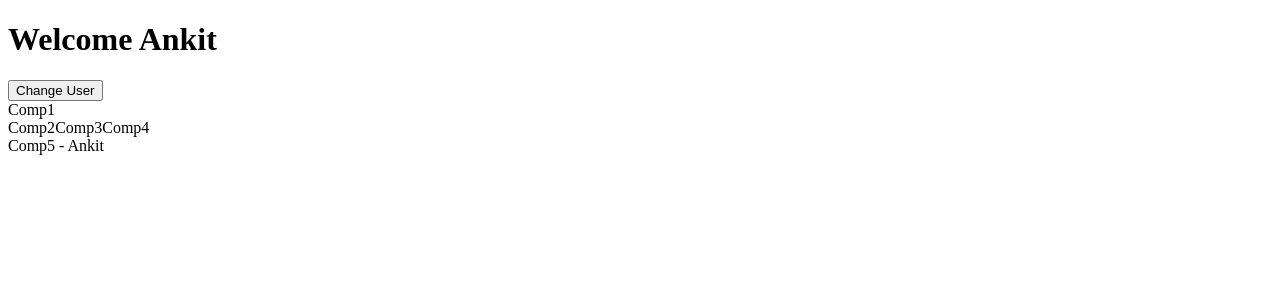
Repository: ankitgujre01/myAppContext2
Page: /
These files come from the project's save history. The page is drawn as it stood at one moment and after a run of saves; the edit follows.
The browser window is 1280 px wide. The pictures show the whole page.
The project was rebuilt for these pictures with package versions that can differ from the ones it lists, and the page was loaded fresh each time. Also part of the build but not shown: vite.config.js.

Above is the page before, as saved 2025-04-16 17:45:54.

### src/App.jsx
import React from 'react'
import { useState, createContext } from 'react';
import Comp1 from './Comp1';
import Cybrom from './Cybrom';


const myContext = createContext();

const App = () => {

  const [name, setName] = useState("Raman");

  const [user, setUser] = useState("Ankit");

  return (
    <>
      <h1>Welcome {user}</h1>
      <button onClick={() => setUser("Ankit Kumar")}>Change User</button>
      <myContext.Provider value={{ user, setUser }}>
        <Comp1/>
        </myContext.Provider>
    </>
  )
}

export default App;
export { myContext };

### src/Comp1.jsx
import React from 'react'
import Comp2 from './Comp2';
const Comp1 = ({user}) => {
    return (
      <>
      <div>Comp1</div>
            <Comp2 user={user} />
            </>
  )
}

export default Comp1;

### src/Comp2.jsx
import React from 'react'
import Comp3 from './Comp3';


const Comp2 = ({user}) => {
  return (
      <div>Comp2
          <Comp3 user={user}/>
    </div>
  )
}

export default Comp2;

### src/Comp3.jsx
import React from 'react'
import Comp4 from './Comp4';

const Comp3 = ({user}) => {
  return (
      <>
          Comp3
          <Comp4 user={user}/>
      </>
  )
}

export default Comp3;

### src/Comp4.jsx
import React from 'react'
import Comp5 from './Comp5';


const Comp4 = ({user}) => {
  return (
      <>
          Comp4
          <Comp5 user={user}/>
      </>
  )
}

export default Comp4;

### src/Comp5.jsx
import React, { useContext } from 'react';
import { myContext } from './App';

const Comp5 = () => {
  const { user } = useContext(myContext);

  return (
    <>
      <div>Comp5 - {user}</div>
    </>
  );
};

export default Comp5;

### src/Cybrom.jsx
import React from 'react'

const Cybrom = () => {
  return (
    <div>Cybrom</div>
  )
}

export default Cybrom;

Loaded but not shown: index.html (common file); src/main.jsx (common file)

After the next 7 saves:
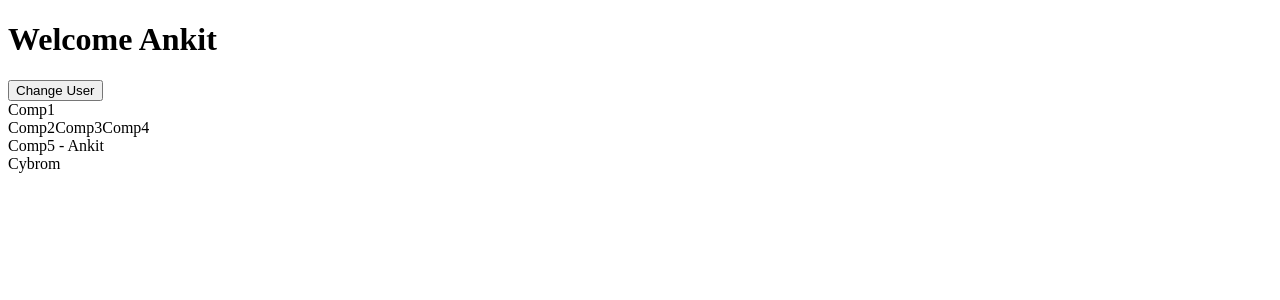
The 7 saves are shown as one change because they came seconds apart.
The last was saved 115 s later.
--- a/src/App.jsx
+++ b/src/App.jsx
@@ -17,8 +17,12 @@ const App = () => {
       <h1>Welcome {user}</h1>
       <button onClick={() => setUser("Ankit Kumar")}>Change User</button>
       <myContext.Provider value={{ user, setUser }}>
-        <Comp1/>
-        </myContext.Provider>
+        <Comp1 />
+
+      </myContext.Provider>
+      <myContext.Provider value={{ name, setName }}>
+        <Cybrom />
+      </myContext.Provider>
     </>
   )
 }

After the 4 saves that followed:
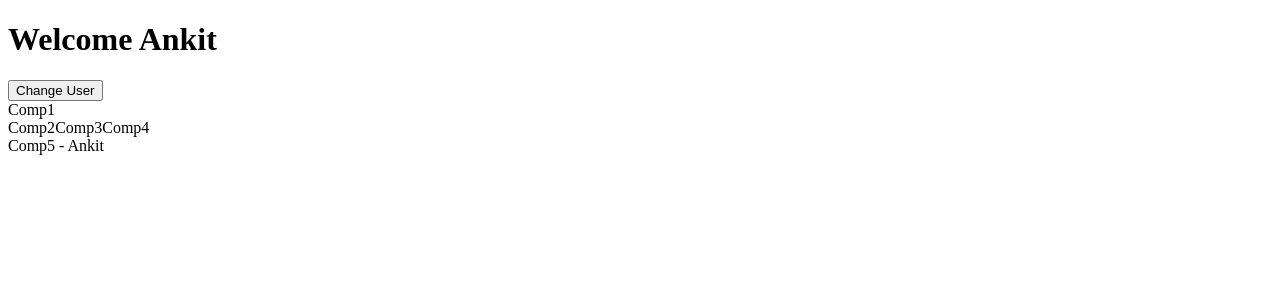
The 4 saves are shown as one change because they came seconds apart.
The last was saved 28 s later.
--- a/src/Cybrom.jsx
+++ b/src/Cybrom.jsx
@@ -2,7 +2,9 @@ import React from 'react'
 
 const Cybrom = () => {
   return (
-    <div>Cybrom</div>
+      <>
+
+      </>
   )
 }
 
